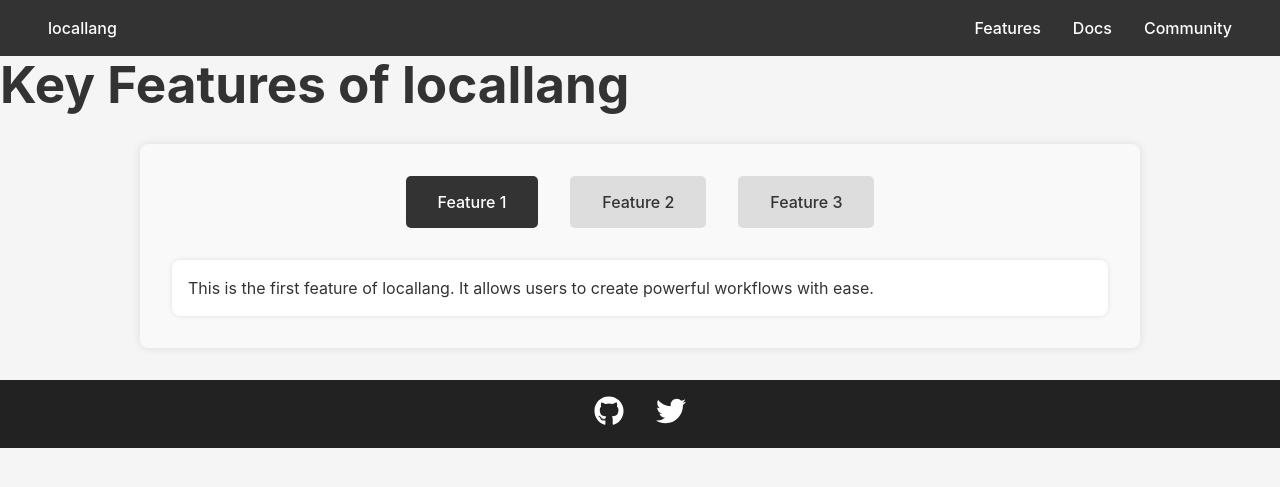
Repository: LayerDynamics/LocalLang-site
Page: /features
These files come from the project's save history. The page is drawn as it stood at one moment and after the next save; the edit follows.
The browser window is 1280 px wide. The pictures show the whole page.
The project was rebuilt for these pictures with package versions that can differ from the ones it lists, and the page was loaded fresh each time. Also part of the build but not shown: vite.config.ts, src/components/Landing.tsx, src/pages/Home.tsx, src/components/DocsContainer.tsx, src/pages/Docs.tsx, src/pages/Community.tsx.

Above is the page before, as saved 2024-08-31 09:42:10.

After the next save:
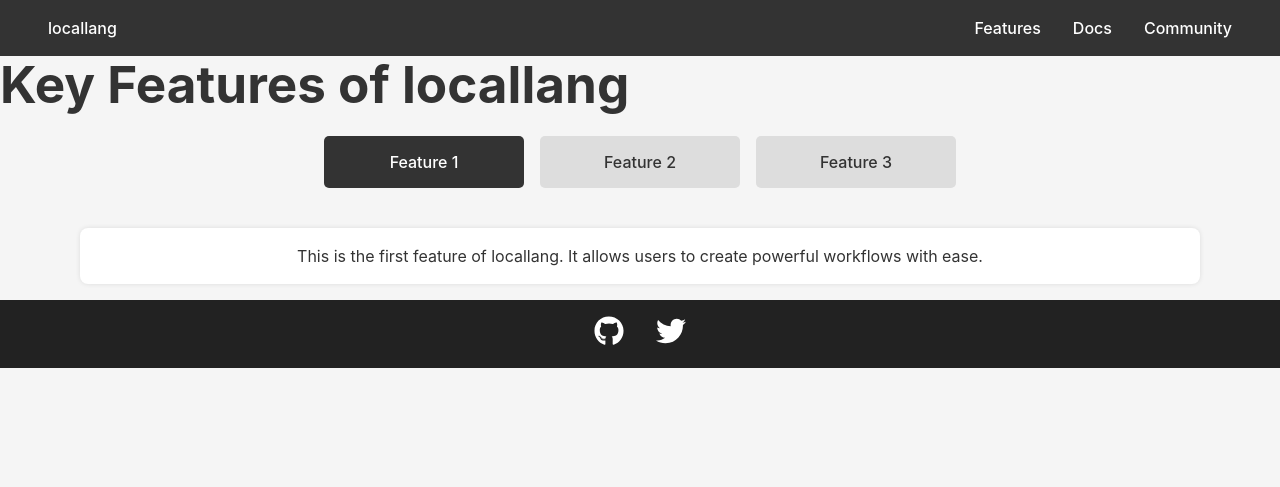
Saved 76 s later.
--- a/src/components/FeaturesShowcase.tsx
+++ b/src/components/FeaturesShowcase.tsx
@@ -1,30 +1,27 @@
+// src/components/FeaturesShowcase.tsx
 // src/components/FeaturesShowcase.tsx
 import React, { useState } from 'react';
 import styled from 'styled-components';
-
-const Container = styled.div`
-  max-width: 1000px;
-  margin: 2rem auto;
-  padding: 2rem;
-  background: #f9f9f9;
-  box-shadow: 0 0 10px rgba(0, 0, 0, 0.1);
-  border-radius: 8px;
-`;
+import { ResponsiveContainer } from '../styles/ResponsiveContainer';
 
 const FeatureButtons = styled.div`
   display: flex;
   justify-content: center;
   margin-bottom: 2rem;
+  flex-wrap: wrap;
 `;
 
 const FeatureButton = styled.button<{ isActive: boolean }>`
   background-color: ${(props) => (props.isActive ? '#333' : '#ddd')};
   color: ${(props) => (props.isActive ? '#fff' : '#333')};
   padding: 1rem 2rem;
-  margin: 0 1rem;
+  margin: 0.5rem;
   border: none;
   border-radius: 5px;
   cursor: pointer;
+  flex: 1;
+  min-width: 120px;
+  max-width: 200px;
 
   &:hover {
     background-color: #555;
@@ -37,6 +34,11 @@
   background-color: #fff;
   border-radius: 8px;
   box-shadow: 0 0 5px rgba(0, 0, 0, 0.1);
+  flex-grow: 1; /* This makes sure the content grows to fill the space */
+  display: flex;
+  justify-content: center;
+  align-items: center;
+  text-align: center;
 `;
 
 const FeaturesShowcase: React.FC = () => {
@@ -56,7 +58,7 @@
   };
 
   return (
-    <Container>
+    <ResponsiveContainer>
       <FeatureButtons>
         <FeatureButton
           isActive={activeFeature === 'Feature1'}
@@ -80,7 +82,7 @@
       <FeatureContent>
         {renderFeatureContent()}
       </FeatureContent>
-    </Container>
+    </ResponsiveContainer>
   );
 };
 
